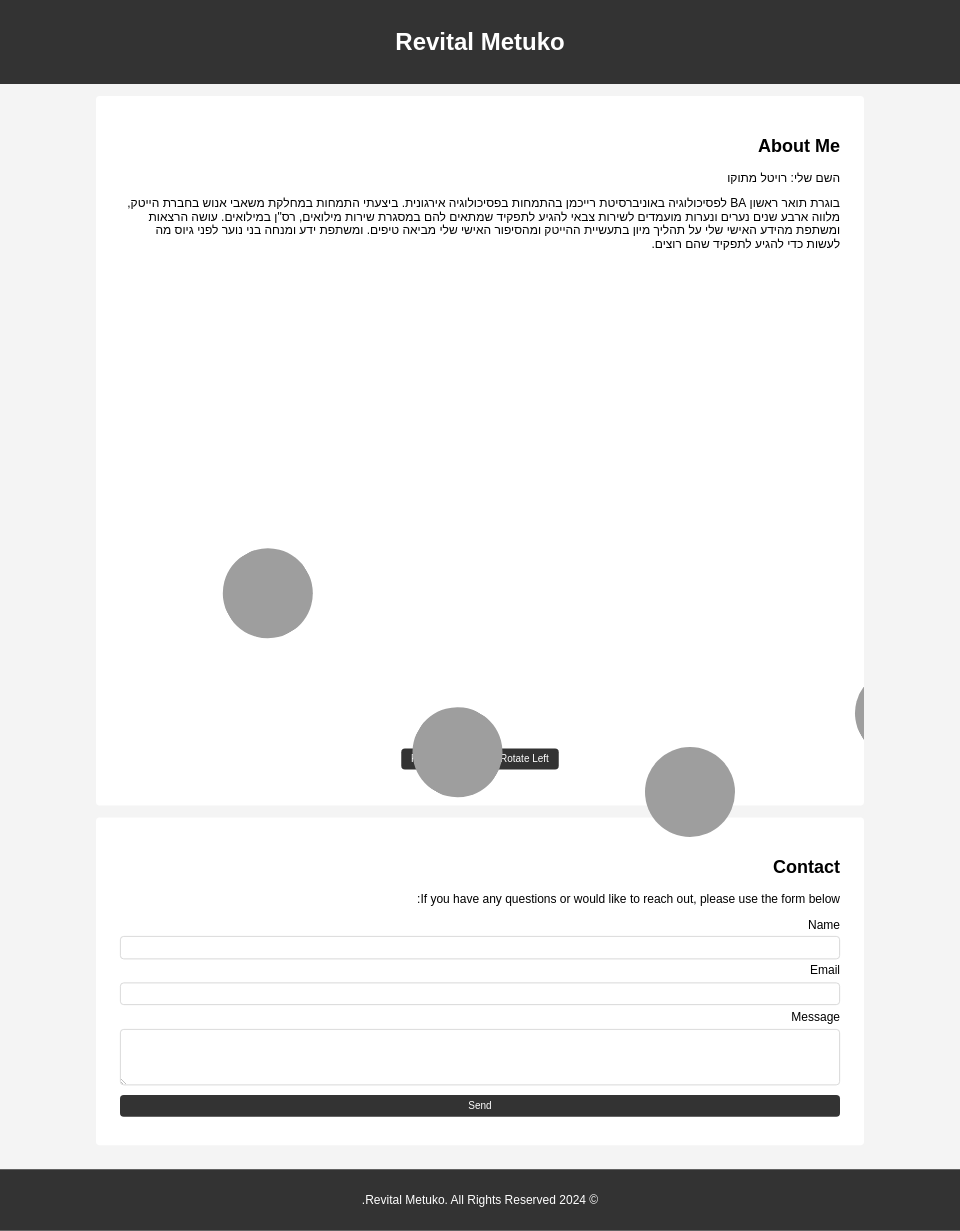
Repository: revitalmetuko/spiral-gallery
Page: RevitalWeb/index.html
These files come from the project's save history. The page is drawn as it stood at one moment and after the next save; the edit follows.
The browser window is 1280 px wide. The pictures show the whole page, at 75% of full size.
Pictures or frames that could not be fetched are drawn as grey boxes.

Above is the page before, as saved 2024-08-03 22:30:31.

After the next save:
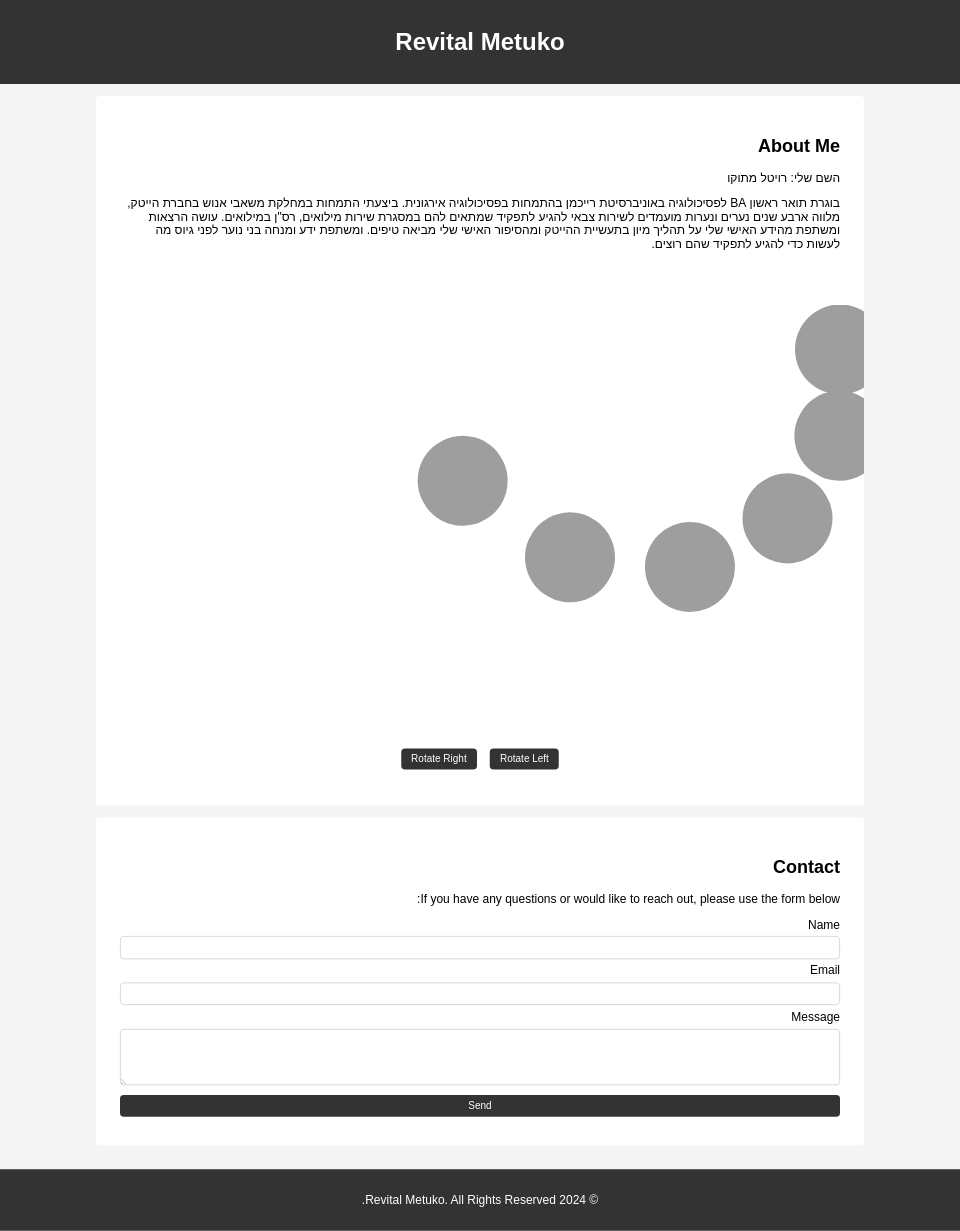
Saved 13 s later.
--- a/RevitalWeb/index.html
+++ b/RevitalWeb/index.html
@@ -132,7 +132,7 @@
         const centerX = 100;
         const centerY = 100;
         const radiusStep = 30
-        let currentRadius = 500;
+        let currentRadius = 200;
         const angleStep = 30;
         let currentAngle = 0;
 
